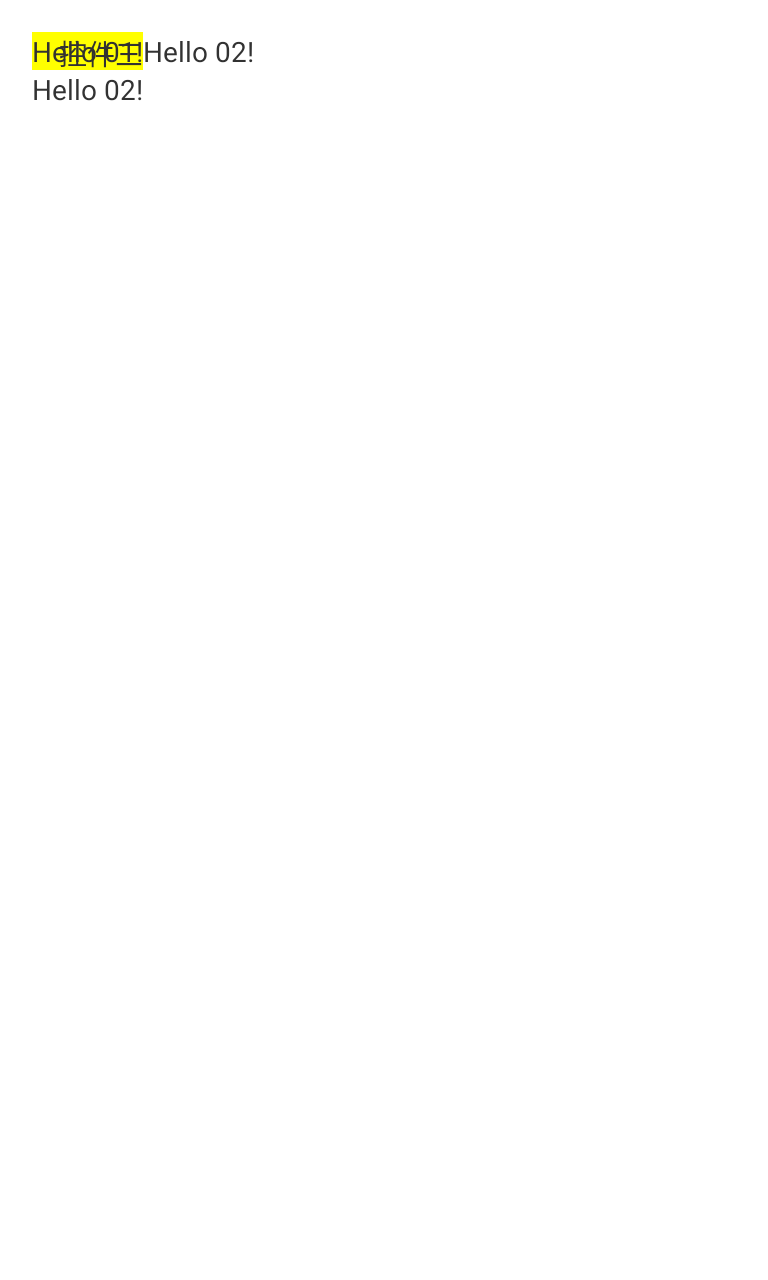
Repository: ling-cen/demo
Layout: RelativeLayout/res/layout/activity_main.xml
An editor plug-in stored every save of this project. The layout is shown before and after the next save, followed by the edit.
It is drawn on a 768 x 1280 px phone screen (xhdpi) without system bars, with theme AppTheme; the app's code is not run.

Above is the layout before, as saved 2018-12-15 09:04:04.

After the next save:
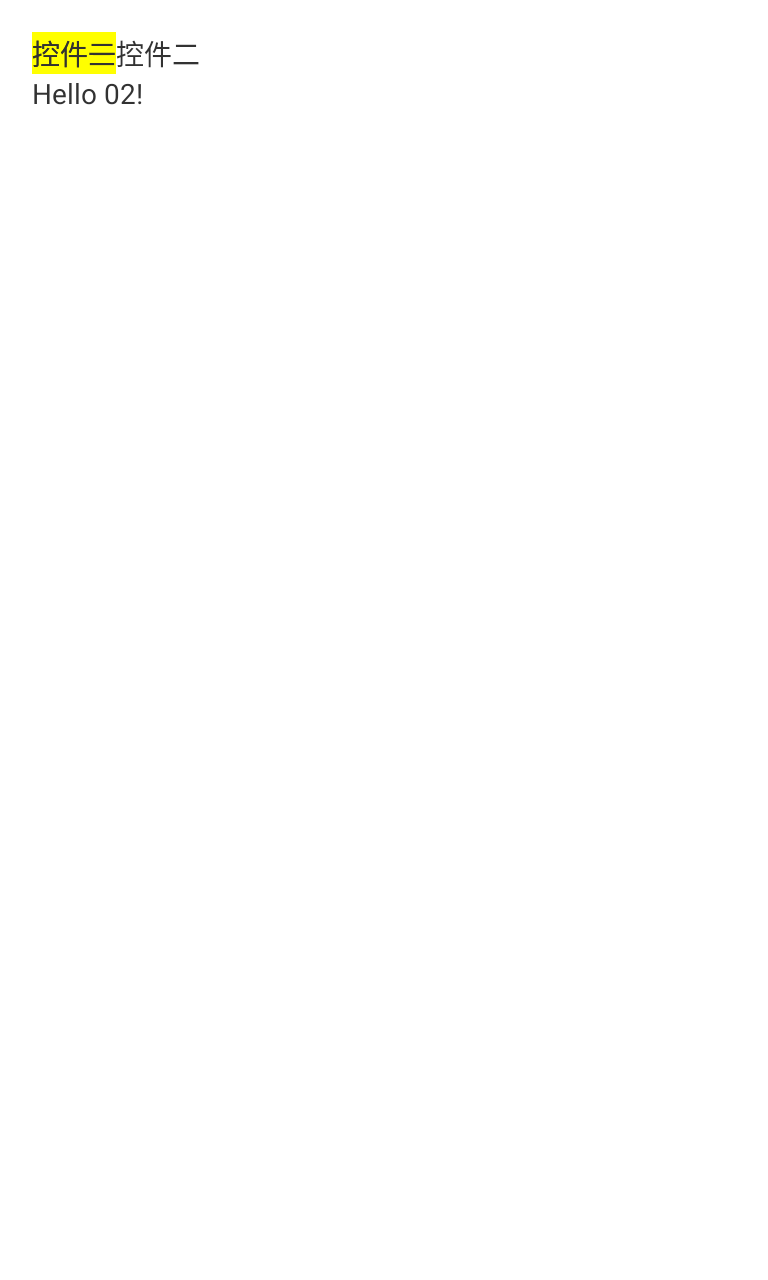
Saved 15 s later.
--- a/RelativeLayout/res/layout/activity_main.xml
+++ b/RelativeLayout/res/layout/activity_main.xml
@@ -13,14 +13,14 @@
         android:layout_width="wrap_content"
         android:layout_height="wrap_content"
         android:background="#ffff00"
-        android:text="@string/hello_world" />
+        android:text="控件一" />
 
      <TextView
          android:id="@+id/view_2"
          android:layout_width="wrap_content"
          android:layout_height="wrap_content"
          android:layout_toRightOf="@id/view_1"
-         android:text="@string/hello_world_1" />
+         android:text="控件二" />
       <TextView
          android:id="@+id/view_3"
          android:layout_width="wrap_content"
